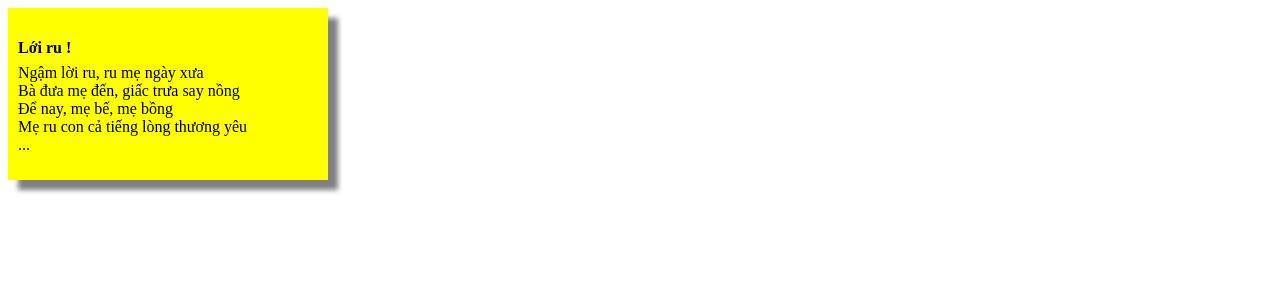
Repository: Tan-Khang21/TH_TKW--Buoi_07
Page: Bai_Tap_Mau/Bai_03/Shadow2.html
The author's editor kept a copy of each file at every save. The page is drawn from the files as they stood at one save, then again after the next save.
The browser window is 1280 px wide. The pictures show the whole page.

Above is the page before, as saved 2024-03-12 15:46:56.

After the next save:
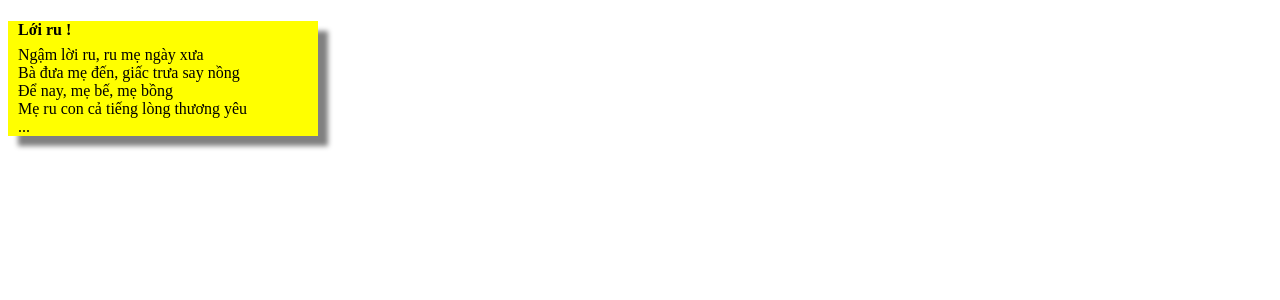
Saved 24 s later.
--- a/Bai_Tap_Mau/Bai_03/Shadow2.html
+++ b/Bai_Tap_Mau/Bai_03/Shadow2.html
@@ -11,7 +11,7 @@
         background-color: yellow;
         box-shadow: 10px 10px 5px grey;
         width: 300px;
-        padding: 10px;
+        padding-left: 10px;
       }
     </style>
     <div class="box">
